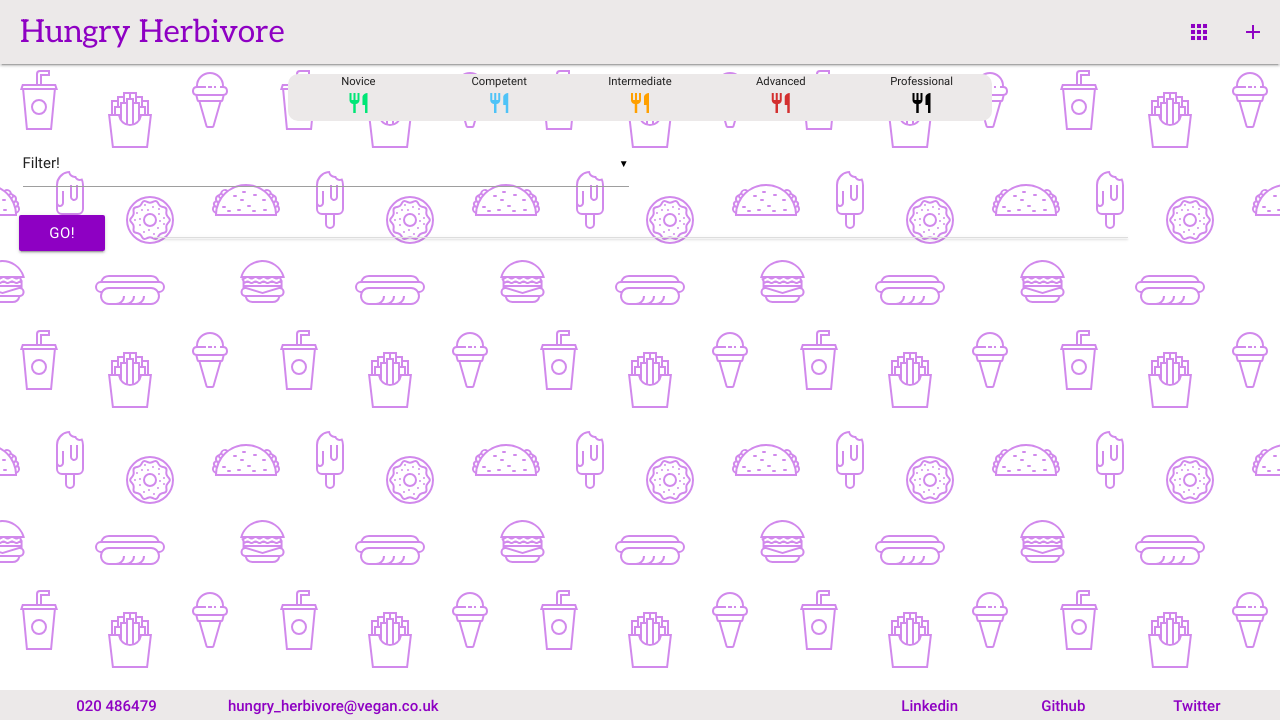
Repository: tgarratt/HungryHerbivore-Milestone3
Page: templates/recipes.html
The author's editor kept a record of every edit. The page is drawn from the files as they stood at one moment, then again after the next edit.
The browser window is 1280 px wide. The pictures show the whole page.
The template is drawn by Flask 3. The application's start-up code is not run. Other server files are loaded and not shown. The template is opened directly, without the code that normally fills it, so the values that code supplies are empty.

Above is the page before.

### templates/recipes.html
{% extends 'parent.html'%} {% block content %}

<div class="key-content mobile-key row">
    <div class="col m2.4 key-info key-width">
        <div class="mobile-key-text-novice">Novice</div>
        <i class="material-icons novice mobile-hide">restaurant</i>
    </div>
    <div class="col m2.4 key-info key-width">
        <div class="mobile-key-text-competent"> Competent</div>
        <i class="material-icons competent mobile-hide">restaurant</i>
    </div>
    <div class="col m2.4 key-info key-width">
        <div class="mobile-key-text-intermediate"> Intermediate</div>
        <i class="material-icons intermediate mobile-hide">restaurant</i>
    </div>
    <div class="col m2.4 key-info key-width">
        <div class="mobile-key-text-advanced"> Advanced</div>
        <i class="material-icons advanced mobile-hide">restaurant</i>
    </div>
    <div class="col m2.4 key-info key-width">
        <div class="mobile-key-text-professional"> Professional</div>
        <i class="material-icons professional mobile-hide">restaurant</i>
    </div>

</div>
<div class="row">
    <div class="search-form row col m12">
        <div class="col m6">
            <form action="{{url_for('filter')}}" method="post">
                <div>
                    <select name="difficulty-filter" id="difficulty-filter" required>
                    <option value="" disabled selected>Filter!</option>
                    <option value="1">novice</option>
                    <option value="2">competent</option>
                    <option value="3">intermediate</option>
                    <option value="4">advanced</option>
                    <option value="5">professional</option>
                </select>
                </div>
        </div>
        <div class="search-button">
            <button class="btn waves-effect waves-light buttons buttons-hover " type="submit" name="action">Go!</button>
        </div>
        </form>
    </div>
</div>

<div class="page-content-recipes">
    <ul class="collapsible" data-collapsible="accordion">
        {% for recipe in recipes %}
        <li>
            <div class="collapsible-header row">
                <div class="col l1">
                    <i class="col s1 material-icons icon-size
                {% if recipe.difficulty == " 1 " %}
                green-text text-accent-3
                {% elif recipe.difficulty == "2 " %}
                light-blue-text text-lighten-2
                {% elif recipe.difficulty == "3 " %}
                amber-text text-darken-2
                {% elif recipe.difficulty == "4 " %}
                red-text text-darken-2
                {% elif recipe.difficulty == "5 " %}
                black-text
                {% endif %}">restaurant </i>
                </div>
                <div class="col l7">
                    <strong>{{recipe.meal_name}}</strong> - {{recipe.meal_time}}
                </div>
                <div class="col l2">
                    <a href="{{url_for('view_recipe', recipe_id=recipe._id)}}" class="waves-effect waves-light btn buttons buttons-hover">Recipe</a>
                </div>
                <div class="col l2">
                    <a href="{{url_for('modify_recipe', recipe_id=recipe._id)}}" class="waves-effect waves-light btn buttons buttons-hover">Modify</a>
                </div>
            </div>
            <div class="collapsible-body">
                <span>
                <div>
                    <div><strong>Comments:</strong></div>
                    <div>{{recipe.meal_comment}}</div>
                </div>
            </span>
            </div>
        </li>
        {% endfor %}
    </ul>
</div>

{% endblock %}

### templates/parent.html
<!DOCTYPE html>
<html>

<head>
    <link href="https://fonts.googleapis.com/icon?family=Material+Icons" rel="stylesheet">
    <link href='https://fonts.googleapis.com/css?family=Aleo' rel='stylesheet'>
    <link rel="stylesheet" href="https://cdnjs.cloudflare.com/ajax/libs/materialize/0.100.2/css/materialize.min.css">
    <link rel="stylesheet" href="{{url_for('static', filename='css/style.css')}}" type="text/css" />
</head>

<body>
    <header>
        <nav class="nav-color">
            <div class="nav-wrapper">
                <a href="{{url_for('get_recipes')}}" class="brand-logo nav-text nav-logo">Hungry Herbivore</a>
                <ul class="right hide-on-med-and-down">
                    <li><a href="{{url_for('get_recipes')}}"><i class="material-icons nav-text">apps</i></a></li>
                    <li><a href="{{url_for('add_recipe')}}"><i class="material-icons nav-text">add</i></a></li>
                </ul>
            </div>
        </nav>
    </header>
    {% block content %} {% endblock %}
    <div>
        <footer>
            <div class="footer-text row">
                <div class="col s4 m4 row">
                    <div class="col m6 mobile-hide">020 486479</div>
                    <div class="col s12 m6">hungry_herbivore@vegan.co.uk</div>
                </div>
                <div class="col s0 m4 "></div>
                <div class="col s8 m4 row">
                    <a href="https://www.linkedin.com/in/tom-garratt-303284168/" target="_blank">
                        <div class="col s6 m4 footer-hover footer-link">
                            Linkedin
                        </div>
                    </a>
                    <a href="https://github.com/tgarratt" target="_blank">
                        <div class="col s6 m4 footer-hover footer-link">
                            Github
                        </div>
                    </a>
                    <a href="N/A" target="_blank">
                        <div class="col m4 footer-hover footer-link mobile-hide">
                            Twitter
                        </div>
                    </a>
                </div>
            </div>
        </footer>
    </div>
    <script src="https://cdnjs.cloudflare.com/ajax/libs/jquery/3.4.1/jquery.min.js" integrity="sha256-CSXorXvZcTkaix6Yvo6HppcZGetbYMGWSFlBw8HfCJo=" crossorigin="anonymous"></script>
    <script src="https://cdnjs.cloudflare.com/ajax/libs/materialize/0.100.2/js/materialize.min.js"></script>
    <script type="text/javascript" src="display/js/main.js"></script>
    <script type="text/javascript">
        $(document).ready(function() {
            $('.collapsible').collapsible();
            $('select').material_select();
        });
    </script>
</body>

</html>

### static/css/style.css
/*--------------------------------------------- MAIN TAG CLASSES */

body {
    background-color: #ffffff;
    background-image: url("data:[embedded picture, 9922 characters]");
    padding-bottom: 30px;
    margin: 0px;
}

/*--------------------------------------------- GENERAL */

.page-content {
    background-color: #ECE9E9;
    margin-top: 10px;
    margin-bottom: 10px;
    margin-left: auto;
    margin-right: auto;
    width: 65em;
    border-radius: 25px;
}

.page-content-recipes {
    background-color: #ECE9E9;
    margin-top: 10px;
    margin-bottom: 10px;
    margin-left: auto;
    margin-right: auto;
    width: 65em;
}

.buttons {
    margin: 8px;
    background-color: #8E00C3 !important;
}

.buttons-hover:hover {
    background-color: #ECE9E9 !important;
    color: #8E00C3;
    transition: 0.5s;
}

.key-width {
    width: 20%
}

.margin-auto {
    margin: 0 auto;
}

.float-right {
    float: right;
}

/*--------------------------------------------- NAV BAR */

.nav-logo {
    font-family: 'Aleo';
    margin-left: 20px;
}

.nav-text {
    color: #8E00C3 !important;
}

.nav-icon {
    font-size: 25px;
}

.nav-color {
    background-color: #ECE9E9 !important;
}

/*--------------------------------------------- RECIPES */

.icon-size {
    font-size: 150%;
}

/*--------------------------------------------- KEY */

.novice {
    color: #00e676 !important;
}

.competent {
    color: #4fc3f7 !important;
}

.intermediate {
    color: #ffa000 !important;
}

.advanced {
    color: #d32f2f !important;
}

.professional {
    color: #000000 !important;
}

.key-content {
    background-color: #ECE9E9;
    margin-top: 10px;
    margin-bottom: 10px;
    margin-left: auto;
    margin-right: auto;
    width: 55%;
    border-radius: 10px;

}

.key-info {
    font-size: 75%;
    margin: 0 auto;
    display: inline-block;
    text-align: center;
}

.search-button {
    width: 25px !important;
    height: 13px !important;

}

.search-form {
    margin-top: 10px;
    margin-bottom: 10px;
    margin-left: auto;
    margin-right: auto;
    width: 20%;
    border-radius: 25px;
}

/*--------------------------------------------- MODIFY RECIPE */

.button-delete {
    margin: 8px;
    background-color: #bb2124!important;
}

.delete-interact:hover {
    background-color: #F92E32 !important;
}

/*--------------------------------------------- VIEW RECIPE */

.recipe-header {
    text-align: center;
    margin: 15px;
    border-radius: 25px;
}

.recipe-content {
    margin: 20px;
    background-color: #DADADA;
    border-radius: 25px;
    border: 10px;
}

.recipe-element {
    margin-top: 5px;
    margin-bottom: 5px;
}

/*--------------------------------------------- FOOTER */

footer {
    width: 100%;
    background-color: #ECE9E9;
    color: #8E00C3;
    position: fixed;
    left: 0px;
    bottom: 0px;
    height: 30px;
}

.footer-text {
    text-align: center;
    font-weight: 500;
    margin: 5px;
}

.footer-hover:hover {
    color: #BB2FF1 !important;
}

.footer-link {
    text-decoration: none;
    color: #8E00C3 !important;
}

/*--------------------------------------------- MEDIA */

/*---------------------------------- MOBILE */

@media(max-width: 767px) {
    .mobile-key-text-novice {
        color: #00e676 !important;
    }
    .mobile-key-text-competent {
        color: #4fc3f7 !important;
    }
    .mobile-key-text-intermediate {
        color: #ffa000 !important;
    }
    .mobile-key-text-advanced {
        color: #d32f2f !important;
    }
    .mobile-key-text-professional {
        color: #000000 !important;
    }
    .mobile-hide {
        display: none;
    }
    .mobile-key {
        width: 90%;
        font-size: 20px;
    }

}

Loaded but not shown: static/js/main.js (no copy from this time; the picture is the same without it)

After the next edit:
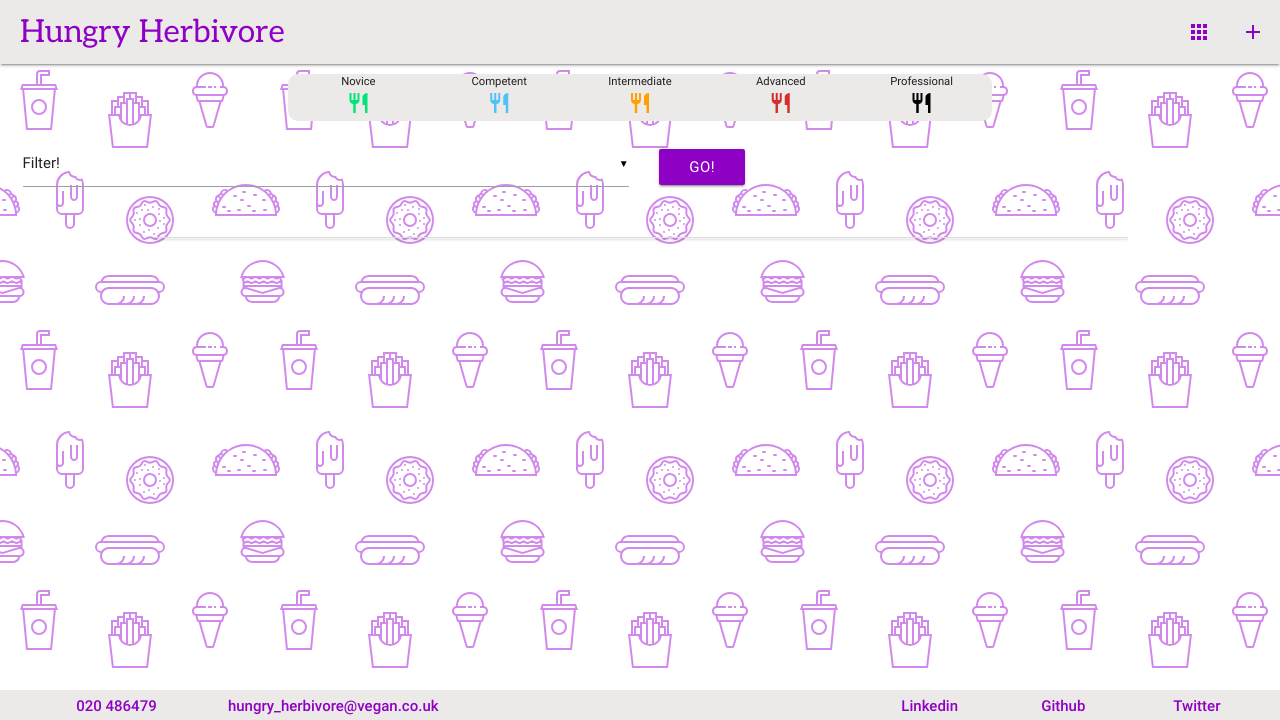
The edit:
--- a/templates/recipes.html
+++ b/templates/recipes.html
@@ -38,7 +38,7 @@
                 </select>
                 </div>
         </div>
-        <div class="search-button">
+        <div class="search-button col m6">
             <button class="btn waves-effect waves-light buttons buttons-hover " type="submit" name="action">Go!</button>
         </div>
         </form>
